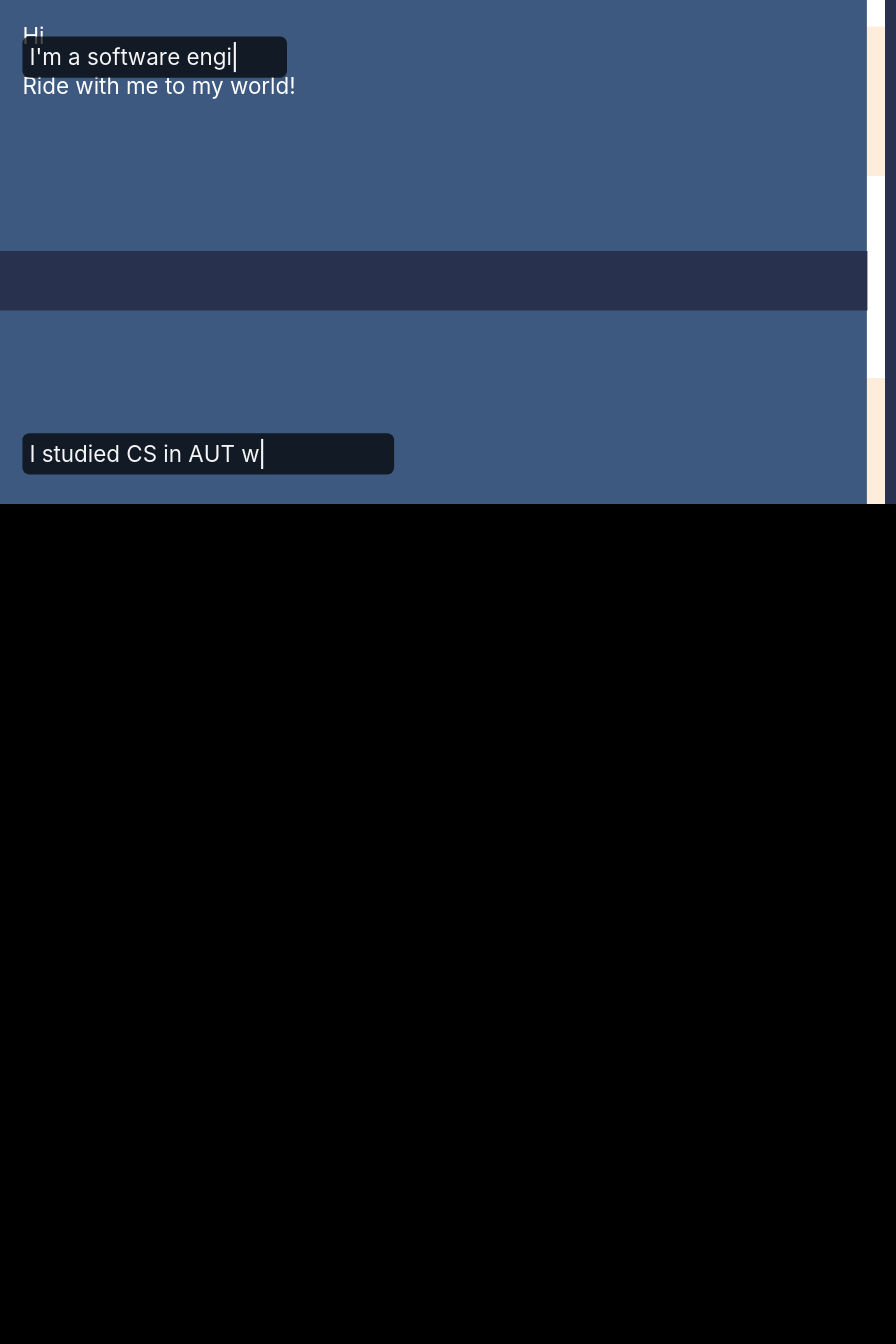
Repository: ModulesSoft/youseffatouraee.com
Page: / (app in majhoolsoft-react/)
An editor plug-in stored every save of this project. The page is shown before and after a run of saves, followed by the edit.
The browser window is 1280 px wide. The pictures show the part of the page from y = 0 to 1920 px (the page is 4320 px tall), at 70% of full size.
The project was rebuilt for these pictures with package versions that can differ from the ones it lists, and the page was loaded fresh each time. Also part of the build but not shown: majhoolsoft-react/src/helpers/lib/TypewriterAnimation.js.

Above is the page before, as saved 2022-02-22 21:03:33.

### majhoolsoft-react/src/App.js
import "./App.css";
import { useEffect } from "react";
import useWindowDimensions from "./components/GetWindowDimensions";
import anime from "animejs";
import Car from "./components/Car";
import Background from "./components/Background";
import Darkness from "./components/Darkness";
import LightBeam from "./components/LightBeam";
import Sun from "./components/Sun";
import Clouds from "./components/Clouds";
import GarageDoor from "./components/GarageDoor";
import ScrollDown from "./components/ScrollDown";
import useScroll from "./helpers/GetScroll";
import Garage from "./components/Garage";
import Play from "./Play";

function App() {
  // get window properties
  let scrollY = useScroll().scrollY / 10;
  const { height, width } = useWindowDimensions();
  const mobile = width < height;
  const size = mobile
    ? {
        height: height,
      }
    : {
        width: width,
      };

  // remove scroll instruction whenever scrolled enough ( 140px)
  if (scrollY > 10) {
    removeScroll();
  }

  //play
  useEffect(() => {
    // Play(mobile, width, height).HouseScene();
  }, []);

  function playGarage() {
    Play(mobile, width, height).GarageScene();
  }

  function removeScroll() {
    anime.remove([".scrollIcon", "#darkness", ".scroll"]);
    anime({
      targets: [".scrollIcon", "#darkness", ".scroll"],
      opacity: 0,
    });
  }

  return (
    <div className="App">
      <header className="App-header"></header>
      <div className="container">
        <svg className="page" xmlns="http://www.w3.org/2000/svg" style={size}>
          <Sun />
          <Clouds />
          <Background />
          <Garage />
          <GarageDoor
            scrollY={scrollY}
            doorOpened={(e) => {
              e && playGarage();
            }}
          />
          <Darkness />
          <Car />
          <LightBeam />
          {/* {scroll && <ScrollDown />} */}
          <ScrollDown />
          {/* <svg x="1325" y="920" className="test">
            <rect width="35" height="65"></rect>
          </svg> */}
        </svg>
        <article className="article">
          <p className="hi">Hi</p>
          <p className="welcome">Ride with me to my world!</p>
          <p className="scroll">Scroll Down</p>
          <p id="laptopOne" className="text-animation">
            I'm a software engineer
          </p>
          <p id="laptopTwo" className="text-animation">
            I was born in Quebec
          </p>
          <p id="degreeOne" className="text-animation">
            I studied CS in <a href="aut.ac.ir">AUT</a> with GPA of B
          </p>
          <p id="degreeTwo" className="text-animation">
            <a href="https://www.usnews.com/education/best-global-universities/amirkabir-university-of-technology-aut-506266">
              See the rank here
            </a>
          </p>
        </article>
      </div>
    </div>
  );
}

export default App;

### majhoolsoft-react/src/App.css
.container {
  position: relative;
  width: 100vw;
  height: 600vh;
  background-color: black;
}
.page {
  background-image: linear-gradient(#87ceeb, #2a7936);
  position: fixed;
  bottom: 0;
  left: 0;
}
.background {
  position: absolute;
  z-index: 1;
  /* width: auto;
  height: 100vh; */
}
.car {
  z-index: 2;
  position: absolute;
  top: 90vh;
  /* display: none; */
}
#rear-wheel,
#front-wheel {
  transform-origin: center;
  transform-box: fill-box;
}

.hi {
  color: white;
  margin-left: 2rem;
}
.welcome {
  color: white;
  margin-left: 2rem;
}
.scroll {
  color: white;
  text-align: center;
}
article {
  position: fixed;
  width: 100%;
  height: 100%;
  font-size: 2rem;
}

#laptopOne {
  top: 20px;
}
#laptopTwo {
  bottom: 5px;
  font-size: 1rem;
}
#degreeOne {
  bottom: 10px;
  /* font-size: 2rem; */
}
#degreeTwo {
  bottom: 15px;
  /* font-size: 1rem; */
}

/* typewriter animation properties */
.text-animation {
  display: none;
  background-color: rgba(0, 0, 0, 0.7);
  padding: 10px;
  border-radius: 10px;
  font-size: 2rem;
  left: 2rem;
  /* right: 2rem; */
  position: absolute;
  text-align: left;
  color: #f5f5f5;
}

.text-animation .letter {
  display: inline-block;
  opacity: 0;
}

.cursor {
  margin: 8px -8px; /* debug margin */
  position: absolute;
  top: 0;
  bottom: 0;
  width: 3px;
  background: #f5f5f5;
  z-index: 1;
}

/*  */

### majhoolsoft-react/src/components/Darkness.js
function Darkness() {
  return (
    <svg width="10000" height="10000" x="-1000" y="-100">
      <rect
        id="darkness"
        data-name="Rectangle 148"
        width="10000"
        height="10000"
        fill="rgba(0,0,0,0.9)"
      />
    </svg>
  );
}

export default Darkness;

### majhoolsoft-react/src/components/LightBeam.js
function LightBeam() {
  return (
    <svg y="945" x="-422">
      <g id="beam">
        <defs>
          <radialGradient
            id="radial-gradient"
            cx="0.16"
            cy="1.164"
            r="0.806"
            gradientTransform="matrix(.555 -.832 .38 .254 -.372 1.001)"
            gradientUnits="objectBoundingBox"
          >
            <stop offset="0" stopColor="#fad16b" stopOpacity="0.659"></stop>
            <stop offset="1" stopColor="#7d6936" stopOpacity="0.541"></stop>
          </radialGradient>
        </defs>
        <path
          fill="url(#radial-gradient)"
          d="M4927.969-923.46v135.509L3246.1-811.175l-92.015-5.358-146.116-45.447v-29.449z"
          data-name="Path 772"
          transform="translate(-3007.969 923.46)"
        ></path>
      </g>
    </svg>
  );
}

export default LightBeam;

### majhoolsoft-react/src/components/Sun.js
function Sun() {
  return (
    <svg>
      <g id="sun">
        <path
          fill="#ffdb0d"
          fillRule="evenodd"
          d="M2343.845 450c168.417 0 305.986 132.172 314.845 298.414H2029C2037.779 582.172 2175.348 450 2343.845 450z"
          data-name="Path 586"
          transform="translate(-2029 450)"
        ></path>
      </g>
    </svg>
  );
}

export default Sun;

### majhoolsoft-react/src/components/Clouds.js
function Clouds() {
  return (
    <svg>
      <g id="clouds">
        <path
          fill="#fff"
          d="M1820.409-177.889c-23.372-.5-47.822.625-69.671 4.142-10.414 1.671-20.629 3.809-28.984 6.881-9.262 3.418-13.448 8.186-21.4 12.013a3.515 3.515 0 01-1.916.169 60.364 60.364 0 00-39.638 5.451 3.248 3.248 0 01-2.361.012c-6.513-4.195-17.823-6.307-29.589-4.338-.838.137-2.321-.028-1.865-.507 19.414-20.214-86.513-29.723-94.3-6.629-.108.329-1.118.509-1.865.435-12.25-1.268-24.632.278-29.617 5.3a3.088 3.088 0 01-2.543.116c-29.463-19.175-119.4-8.7-121.143 13.628-.023.389-1.443.544-2.144.393a43.272 43.272 0 00-14.669-.706l-1.289-.106c-5.321-2.261-11.4-2.784-18.832-2.157-.576.15-1.323.123-1.546-.153l-.068-.43c.45-8.989-27.159-14.022-45.079-16.1-26.189-3.038-51.517-1.56-72.385 5.831-.724.254-1.78 0-1.66-.377 2-6.132-19-8.251-30.33-7.018-1.072.118-1.209-.5-.85-.75 33.433-23.626-72.118-45.1-103.372-22.8-.707.5-2.6.317-2.053-.294 4.586-5.232-14.863-8.392-24.57-6.539-.81.153-1.334-.15-1.363-.444-.656-10.5-32.606-11.09-51.66-9.262-12.581 1.2-24.98 3.3-31.9 7.985-5.846 3.945-8.407 8.492-11.133 12.911a2 2 0 01-1.768.412c-10.745-2.418-25.448-1.1-35.195 1.624-10.254 2.869-9.1 6.583-10.677 11.042-2.412 6.877-21.456 1.99-31.425.863-1.494-.169-.553-1.212.787-1.064.445.053 1.009.139 1.625.229 9.656-11.382-28.146-14.767-48.945-13.9-13.117.541-26.965 3.144-35.155 7.451-9.2 4.845-10.876 11.051-11.88 16.974-.057.25-.445.5-1.158.428-7.329-.643-14.321-.3-17.463 2.816l-1.3.146c-17.173-4.382-34.921-8.122-54.552-3.725-1.249.28-2.412-.74-1.146-1.023l.217-.049c11-12.661-24.085-20.1-50.474-19.978-31.7.146-59.228 7.705-67.9 20.3-.22.335-1.446.352-2.047.224-20.227-4.109-39.244 2.837-44.125 10.644-.287.456-1.992.319-2.54.056-5.509-2.675-13.093-3.374-21.209-2.423-.9.1-2.767-.162-1.825-.652 11.607-6.023 2.861-13.029-13.9-15.3-7.434-1-16.064-1.24-23.192.31-9.234 2.011-12.9 5.99-13.913 10.017-.132.491-1.642.491-2.4.273-16.891-4.713-51.479-3.922-54.862 6.1-.145.474-1.613.509-2.4.273-9.475-2.83-22.04-3.138-32.491-1.02-1.352.271-2.927-.472-1.308-.8 1.1-.217 2.239-.4 3.38-.574l.212-.553c18.714-9.663-18.625-18.629-40.032-15.926-15.973 2.015-22.1 9.288-30.479 14.482l-1.339.081c-17.261-6.5-34.351 1.467-40.976 8.057a1.854 1.854 0 01-1.716.095c-4.015-2.12-9.562-2.71-15.885-2.453-.682.025-1.076-.345-1.049-.572.97-7.839-18.849-10.764-35.2-9.524-19.794 1.5-34.327 7.675-31.9 16.141.1.361-.341.766-1.388.676-11.975-1.037-23.087-.407-30.316 3.984l-1.35.079a131.6 131.6 0 00-43.465-4.058c-1.535.1-1.916-.99-.537-1.085l.733-.049c-.223-9.593-28.187-11.393-46.047-8.013-10.825 2.043-20.3 5.053-24.11 9.811-3.068 3.836-3.355 7.9-3.752 11.9-.025.266-.891.484-1.495.458-5.9-.248-9.874.939-12.434 3.031a3.126 3.126 0 01-2.335.213c-6.913-2.524-15.862-5.751-25.62-4.9v283.578h1934v-313.48c-28.79-10.417-67.167-17.5-104.484-18.3"
          transform="translate(10 850)"
        ></path>
      </g>
    </svg>
  );
}

export default Clouds;

### majhoolsoft-react/src/components/GarageDoor.js
import { useState } from "react";
function GarageDoor({ scrollY, doorOpened }) {
  let transform = {
    transform: `translateY(${scrollY < 140 && -1 * scrollY}px)`,
  };

  // check whether the door is finished opening
  // flag to prevent multiple door open notice
  let [enterOnce, setEnterOnce] = useState(true);
  if (scrollY > 135 && enterOnce) {
    doorOpened(true);
    setEnterOnce(false);
  } else {
    doorOpened(false);
  }
  return (
    <svg
      width="384.264"
      height="136.105"
      viewBox="0 0 384.264 136.105"
      x="1003"
      y="900"
    >
      <g id="garage-door" style={transform}>
        <defs>
          <clipPath id="clip-path">
            <path fill="none" d="M0 0H384.264V136.105H0z"></path>
          </clipPath>
        </defs>
        <g clipPath="url(#clip-path)" data-name="Repeat Grid 1">
          <g transform="translate(-1002.43 -900.24)">
            <g transform="translate(1002.43 900.24)">
              <g data-name="Group 139">
                <path
                  fill="#506a8d"
                  d="M0 0H382.598V131.499H0z"
                  data-name="Rectangle 146"
                  transform="translate(.418)"
                ></path>
                <g data-name="Group 130" transform="translate(0 .064)">
                  <path
                    fill="#3d5980"
                    fillRule="evenodd"
                    d="M3340 5279h382.587v131.438h-156.965z"
                    data-name="Path 671"
                    transform="translate(-3339.541 -5279)"
                  ></path>
                  <path
                    fill="#28324e"
                    d="M0 0H384.264V9.998H0z"
                    data-name="Rectangle 147"
                    transform="translate(0 126.042)"
                  ></path>
                </g>
                <path
                  fill="#28324e"
                  fillRule="evenodd"
                  d="M3722.587 5601v3.869H3340V5601zm0 24.062v3.992H3340v-3.992zm0 25.03v3.99H3340v-3.991zm0 24.184v3.87H3340v-3.87z"
                  data-name="Path 767"
                  transform="translate(-3339.501 -5562.011)"
                ></path>
                <path
                  fill="#28324e"
                  fillRule="evenodd"
                  d="M3489 5379h13.6v13.907H3489zm88.445 0h13.6v13.907h-13.6zm-21.642 0h13.6v13.907h-13.6zm-44.454 0h13.6v13.907h-13.6z"
                  data-name="Path 768"
                  transform="translate(-3470.882 -5366.853)"
                ></path>
                <path
                  fill="#28324e"
                  fillRule="evenodd"
                  d="M5528 5379h13.6v13.907H5528zm88.563 0h13.6v13.907h-13.6zm-21.755 0h13.6v13.907h-13.6zm-44.34 0h13.6v13.907h-13.6z"
                  data-name="Path 769"
                  transform="translate(-5263.746 -5366.853)"
                ></path>
              </g>
            </g>
          </g>
        </g>
      </g>
    </svg>
  );
}

export default GarageDoor;

### majhoolsoft-react/src/components/ScrollDown.js
function ScrollDown() {
  return (
    <svg
      x="1142"
      y="900"
      width="100"
      height="100"
      version="1.1"
      viewBox="-265 335.1 79.4 322.9"
      xmlSpace="preserve"
      fill="white"
    >
      <g className="scrollIcon">
        <path d="M-217.9 422.2c4.7-1.3 9-3.8 12.4-7.2 5.1-5.1 8.2-12.1 8.2-19.8v-30.9c0-7.7-3.2-14.7-8.2-19.8-5.1-5.1-12.1-8.2-19.8-8.2-7.7 0-14.7 3.2-19.8 8.2-5.1 5.1-8.2 12.1-8.2 19.8v30.9c0 7.7 3.2 14.7 8.2 19.8 4 4 9.1 6.7 14.8 7.8 3.4.5 9.2.2 12.4-.6zm-7.7-21c2.9 0 5.3-2.4 5.3-5.3v-5.5c0-2.9-2.4-5.3-5.3-5.3s-5.3 2.4-5.3 5.3v5.5c-.1 2.9 2.3 5.3 5.3 5.3zm15.4 9c-3.9 3.9-9.2 6.3-15.1 6.3s-11.2-2.4-15.1-6.3c-3.9-3.9-6.3-9.2-6.3-15.1v-30.9c0-5.9 2.4-11.2 6.3-15.1 3.9-3.9 9.2-6.3 15.1-6.3s11.2 2.4 15.1 6.3c3.9 3.9 6.3 9.2 6.3 15.1v30.9c0 5.9-2.4 11.2-6.3 15.1zM-248.1 425.3c-1.2-1.2-3.2-1.2-4.4.1s-1.2 3.2.1 4.4l25 24.3 2.2-2.3-2.2 2.3c1.3 1.2 3.2 1.2 4.5-.1l.1-.1 24.6-24.1c1.2-1.2 1.3-3.2.1-4.4s-3.2-1.3-4.4-.1l-22.6 22.1-23-22.1z"></path>
      </g>
    </svg>
  );
}

export default ScrollDown;

### majhoolsoft-react/src/helpers/GetScroll.js
import { useState, useEffect, useCallback } from "react";

export const useScroll = () => {
  //   useEffect(() => {
  //     // set scroll to zero when component did mount
  //     window.scrollTo(0, 0);
  //     console.log("umad");
  // }, []);
  const [state, setState] = useState({
    lastScrollTop: 0,
    bodyOffset: document.body.getBoundingClientRect(),
    scrollY: document.body.getBoundingClientRect().top,
    scrollX: document.body.getBoundingClientRect().left,
    scrollDirection: "", // down, up
  });

  const handleScrollEvent = useCallback((e) => {
    setState((prevState) => {
      const prevLastScrollTop = prevState.lastScrollTop;
      const bodyOffset = document.body.getBoundingClientRect();

      return {
        setBodyOffset: bodyOffset,
        scrollY: -bodyOffset.top,
        scrollX: bodyOffset.left,
        scrollDirection: prevLastScrollTop > -bodyOffset.top ? "down" : "up",
        lastScrollTop: -bodyOffset.top,
      };
    });
  }, []);

  useEffect(() => {
    const scrollListener = (e) => {
      handleScrollEvent(e);
    };
    window.addEventListener("scroll", scrollListener);

    return () => {
      window.removeEventListener("scroll", scrollListener);
    };
  }, [handleScrollEvent]);

  return {
    scrollY: state.scrollY,
    scrollX: state.scrollX,
    scrollDirection: state.scrollDirection,
  };
};

export default useScroll;

### majhoolsoft-react/src/Play.js
import CarAnimations from "./helpers/CarAnimations";
import IntroTextAnimations from "./helpers/IntroTextAnimations";
import BackgroundAnimations from "./helpers/BackgroundAnimations";
import CameraAnimations from "./helpers/CameraAnimations";
import TypewriterAnimation from "./helpers/lib/TypewriterAnimation";

function Play(isMobile, width, height, timeline = 0) {
  // setting camera
  const Camera = new CameraAnimations(isMobile, width, height, timeline);
  function HouseScene() {
    CarAnimations(timeline);
    IntroTextAnimations();
    Camera.BackgroundScene();
    BackgroundAnimations(timeline);
  }

  function GarageScene() {
    laptop(degree(OS("s")));

    function laptop(done) {
      Camera.LaptopView();
      TypewriterAnimation("#laptopOne", 2_000, 100, 1000, laptopTwo);
    }
    function laptopTwo() {
      TypewriterAnimation("#laptopTwo", 500, 100, 1000, done);
    }
    function degree(done) {
      Camera.CertificateView();
      TypewriterAnimation("#degreeOne", 2_000, 100, 1000, degreeTwo);
    }
    function degreeTwo() {
      TypewriterAnimation("#degreeTwo", 2_000, 100, 1000, done);
    }
    function OS(s) {
      console.log("os");
    }
  }
  return { HouseScene, GarageScene };
}
export default Play;

### majhoolsoft-react/src/helpers/CarAnimations.js
import anime from "animejs";
function CarAnimations(timeline = null) {
  anime({
    targets: "#rear-wheel , #front-wheel",
    rotate: "21turn",
    duration: 11000,
    // easing: "cubicBezier(1,0,.45,.45)",
    easing: "easeOutQuad",
  });
  anime({
    targets: "#car, #beam",
    translateX: 1050,
    duration: 6000,
    delay: 5000,
    // easing: "cubicBezier(1,0,.45,.45)",
    easing: "easeOutQuad",
  });
}

export default CarAnimations;

### majhoolsoft-react/src/helpers/IntroTextAnimations.js
import anime from "animejs";
function IntroTextAnimations() {
  anime
    .timeline({ loop: false })
    // Hi text fades in
    .add({
      targets: ".hi",
      opacity: [0, 1],
      easing: "easeInExpo",
    })
    // welcome text fades in
    .add({
      targets: ".welcome",
      opacity: [0, 1],
      easing: "easeInExpo",
    })
    // Hi and welcome text fade out
    .add(
      {
        targets: [".hi", ".welcome"],
        opacity: 0,
        easing: "easeInExpo",
      },
      5000
    )
    .add(
      {
        targets: ".scroll",
        opacity: [0, 0.8],
        easing: "easeInExpo",
      },
      15000
    );
}
export default IntroTextAnimations;

### majhoolsoft-react/src/helpers/BackgroundAnimations.js
import anime from "animejs";
function BackgroundAnimations(timeline = null) {
  anime
    .timeline({ loop: false })
    // sun sets
    .add(
      {
        targets: "#sun",
        duration: 3000,
        translateY: "-650px",
        easing: "easeOutQuad",
      },
      6000 //delay to start
    )
    // clouds come up
    .add({
      targets: "#clouds",
      duration: 1000,
      translateY: "-300px",
    });
  anime.timeline({ loop: false }).add({
    targets: "#darkness",
    keyframes: [
      // fade in to day
      { opacity: 0, duration: 3000, delay: 7000, easing: "linear" },
      // fade in unless scroll
      {
        opacity: 0.7,
        duration: 1000,
        delay: 4000,
        easing: "linear",
      },
    ],
  });

  //thread four (headlights):
  // turn off the head lights
  anime({
    targets: "#beam",
    duration: 500,
    opacity: 0,
    easing: "easeOutQuad",
    delay: 10000,
  });

  //last thread - infinite loop (scroll icon):
  // Scroll icon
  anime({
    targets: ".scrollIcon",
    translateY: -50,
    direction: "alternate",
    loop: true,
    easing: "spring(1, 80, 10, 0)",
    opacity: 0.3,
  });
}
export default BackgroundAnimations;

### majhoolsoft-react/src/helpers/CameraAnimations.js
import anime from "animejs";

class CameraAnimations {
  constructor(isMobile, width, height, timeline = null) {
    this.isMobile = isMobile;
    this.width = width;
    this.height = height;
    this.timeline = timeline;
    this.doorViewMobile = `1000 ${1080 - this.height} ${this.width} ${
      this.height
    }`;

    this.laptopView = "1328 920 60 60";
    // const certificateView = isMobile ? "1288 900 60 45" : "1288 900 60 25";
    this.generalView = "0 0 1920 1080";
    this.doorViewDesktop = "1000 800 400 240";
    this.beginView = "-1000 650 900 500";
  }

  BackgroundScene() {
    // camera transition
    anime.timeline({ loop: false }).add({
      targets: ".page",
      duration: 4000,
      keyframes: [
        // camera transition from the car in the way home to the background
        {
          viewBox: [this.beginView, this.generalView],
          duration: (this.timeline += 3000),
          delay: (this.timeline += 1000),
        },
        // camera transition to GarageCamera door
        {
          viewBox: [
            this.generalView,
            this.isMobile ? this.doorViewMobile : this.doorViewDesktop,
          ],
          delay: 5000,
        },
      ],
      easing: "easeOutQuad",
    });
  }

  // GarageScene() {
  //   const library = {
  //     certificate: {
  //       view: this.isMobile ? "1288 900 60 45" : "1288 900 60 25",
  //       textPosition: this.isMobile ? "bottom" : "right",
  //     },
  //   };
  // }

  LaptopView() {
    anime.timeline({ loop: false }).add({
      targets: ".page",
      duration: 4000,
      keyframes: [
        // camera transition from the GarageCamera door to the laptop
        {
          viewBox: [
            this.isMobile ? this.doorViewMobile : this.doorViewDesktop,
            this.laptopView,
          ],
          // viewBox: mobile ? doorViewMobile : doorViewDesktop,
        },
        // camera transition to GarageCamera door
        {},
      ],
      easing: "easeOutQuad",
    });
  }

  CertificateView() {
    const library = {
      certificate: {
        view: this.isMobile ? "1288 900 60 45" : "1288 900 60 25",
        textPosition: this.isMobile ? "bottom" : "right",
      },
    };
    // Certificate View
    anime(
      {
        targets: ".page",
        duration: 4000,
        keyframes: [
          // camera transition from the laptop to GarageCamera door
          {
            viewBox: [this.laptopView, library.certificate.view],
          },
          // camera transition to GarageCamera door
          {},
        ],
        easing: "easeOutQuad",
      },
      15000
    );
  }
}
export default CameraAnimations;

Loaded but not shown: majhoolsoft-react/public/index.html (common file); majhoolsoft-react/src/index.js (common file); majhoolsoft-react/src/index.css (common file); majhoolsoft-react/src/reportWebVitals.js (common file); majhoolsoft-react/src/components/GetWindowDimensions.js (common file); majhoolsoft-react/src/components/Background.js (library); majhoolsoft-react/src/components/Garage.js (library); majhoolsoft-react/src/components/Car.js (909 lines, source omitted)

After the next 2 saves:
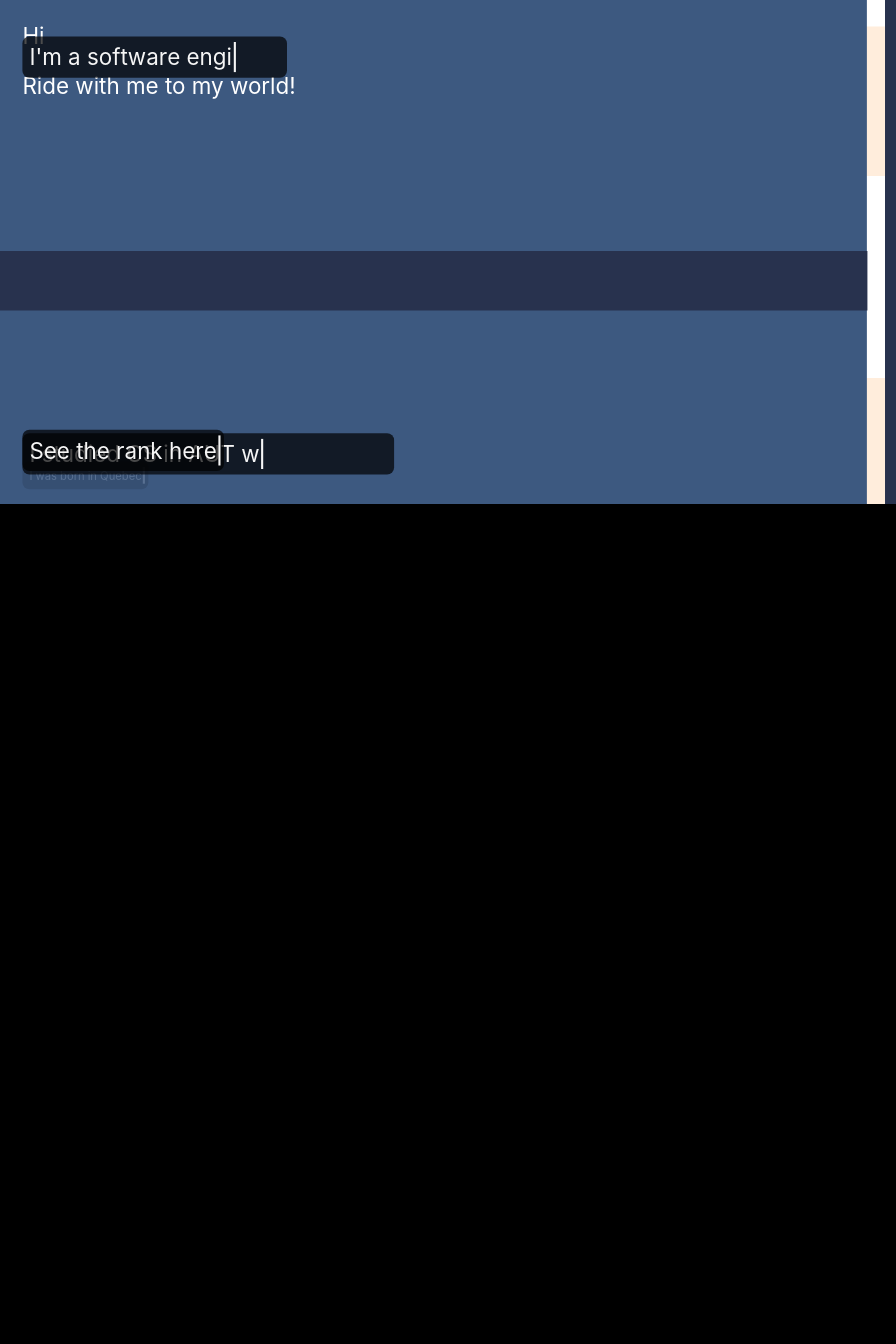
The 2 saves are shown as one change because 1 did not build or start.
The last was saved 42 s later.
--- a/majhoolsoft-react/src/Play.js
+++ b/majhoolsoft-react/src/Play.js
@@ -19,16 +19,16 @@ function Play(isMobile, width, height, timeline = 0) {
 
     function laptop(done) {
       Camera.LaptopView();
-      TypewriterAnimation("#laptopOne", 2_000, 100, 1000, laptopTwo);
+      TypewriterAnimation("#laptopOne", 2_000, 100, 1000, laptopTwo(done));
     }
-    function laptopTwo() {
+    function laptopTwo(done) {
       TypewriterAnimation("#laptopTwo", 500, 100, 1000, done);
     }
     function degree(done) {
       Camera.CertificateView();
-      TypewriterAnimation("#degreeOne", 2_000, 100, 1000, degreeTwo);
+      TypewriterAnimation("#degreeOne", 2_000, 100, 1000, degreeTwo(done));
     }
-    function degreeTwo() {
+    function degreeTwo(done) {
       TypewriterAnimation("#degreeTwo", 2_000, 100, 1000, done);
     }
     function OS(s) {
